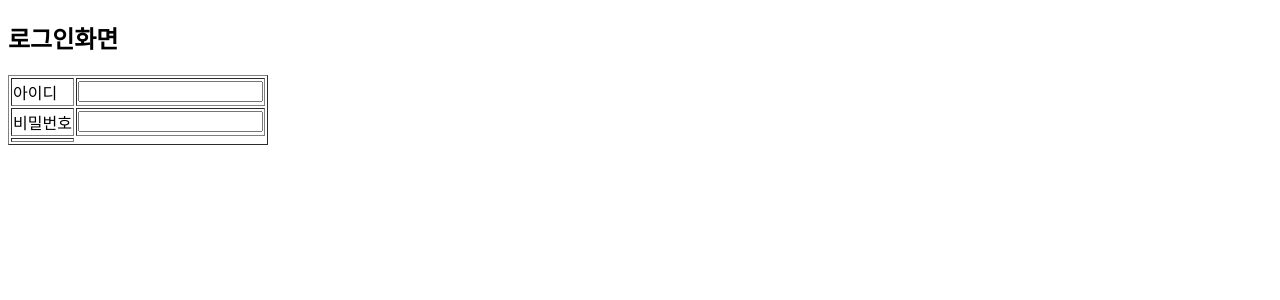
Repository: JungYOsup/Mini_project
Page: http://localhost/EsCape_Room/NewFile.jsp
An editor plug-in stored every save of this project. The page is shown before and after the next save, followed by the edit.
The browser window is 1280 px wide. The pictures show the whole page.
The page is served by Tomcat 9.

Above is the page before, as saved 2018-01-15 07:25:36.

After the next save:
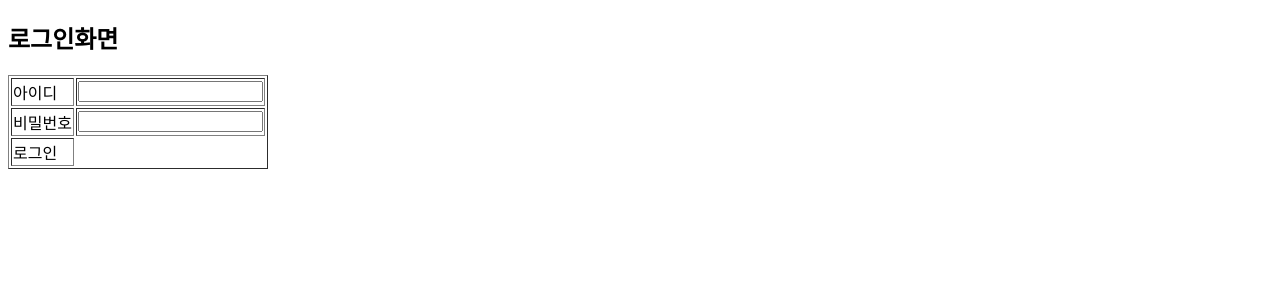
Saved 2 s later.
--- a/EsCape_Room/WebContent/NewFile.jsp
+++ b/EsCape_Room/WebContent/NewFile.jsp
@@ -32,7 +32,7 @@
 	</tr>
 
 	<tr>
-		<td></td>
+		<td>로그인</td>
 
 	</tr>
 </table>
